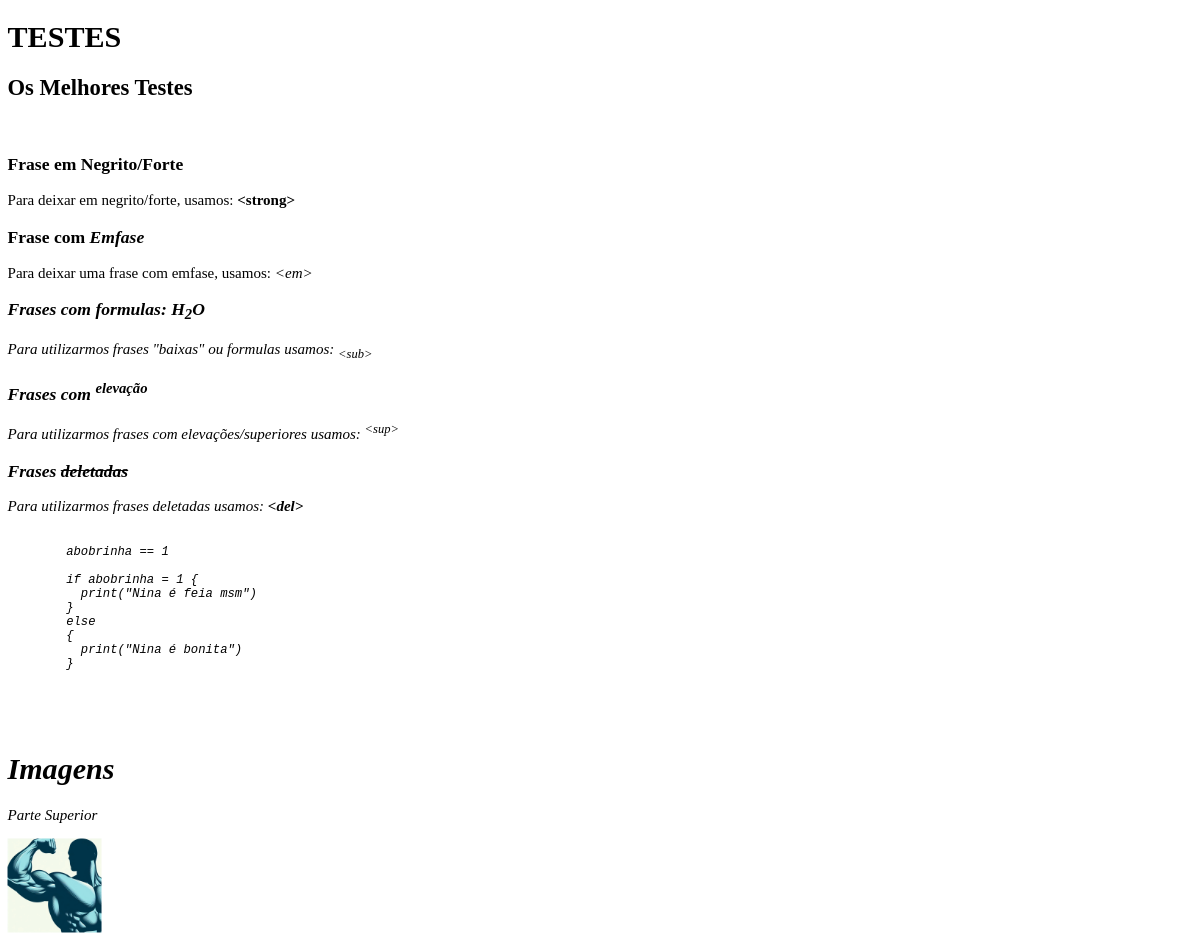
Repository: LuidyOn/Site_Forca_Total
Page: ForçaTotal/teste.html
The author's editor kept a copy of each file at every save. The page is drawn from the files as they stood at one save, then again after a run of saves.
The browser window is 1280 px wide. The pictures show the whole page, at 94% of full size.

Above is the page before, as saved 2025-05-14 19:09:07.

### ForçaTotal/teste.html
<!DOCTYPE html>
<html lang="pt-br">
<head>
  <meta charset="UTF-8">
  <meta name="viewport" content="width=device-width, initial-scale=1.0">
  <link rel="shortcut icon" href="img/icons/logo.ico" type="image/x-icon">
  <title>Testes Força total</title>
</head>
<body>
<h1>TESTES</h1>
  <h2>Os Melhores Testes</h2>

  <p><br></p>

    <h3>Frase em <strong>Negrito/Forte</strong></h3>
    <p>Para deixar em negrito/forte, usamos: <strong>&lt;strong&gt;</strong> </p>

    <h3>Frase com <em>Emfase</em> </h3>
    <p>Para deixar uma frase com emfase, usamos: <em>&lt;em&gt;<em> </p>

    <h3>Frases com formulas: H<sub>2</sub>O </h3>
    <p>Para utilizarmos frases "baixas" ou formulas usamos: <sub>&lt;sub&gt;</sub></p>

    <h3>Frases com <sup>elevação</sup></h3>
    <p>Para utilizarmos frases com elevações/superiores usamos: <sup>&lt;sup&gt;</sup></p>

    <h3>Frases <del>deletadas</del></h3>
    <p>Para utilizarmos frases deletadas usamos: <strong>&lt;del&gt;</strong></p>



    <pre>
      <code>
        abobrinha == 1

        if abobrinha = 1 {
          print("Nina é feia msm")
        }
        else
        {
          print("Nina é bonita")
        }
      </code>
    </pre>

<p><br></p>

<h1>Imagens</h1>
  <p>Parte Superior</p>
<img src="img/parteSerior.png" alt="parte superior" style= "width: 100px; height: 100px;">
</body>
</html>

After the next 4 saves:
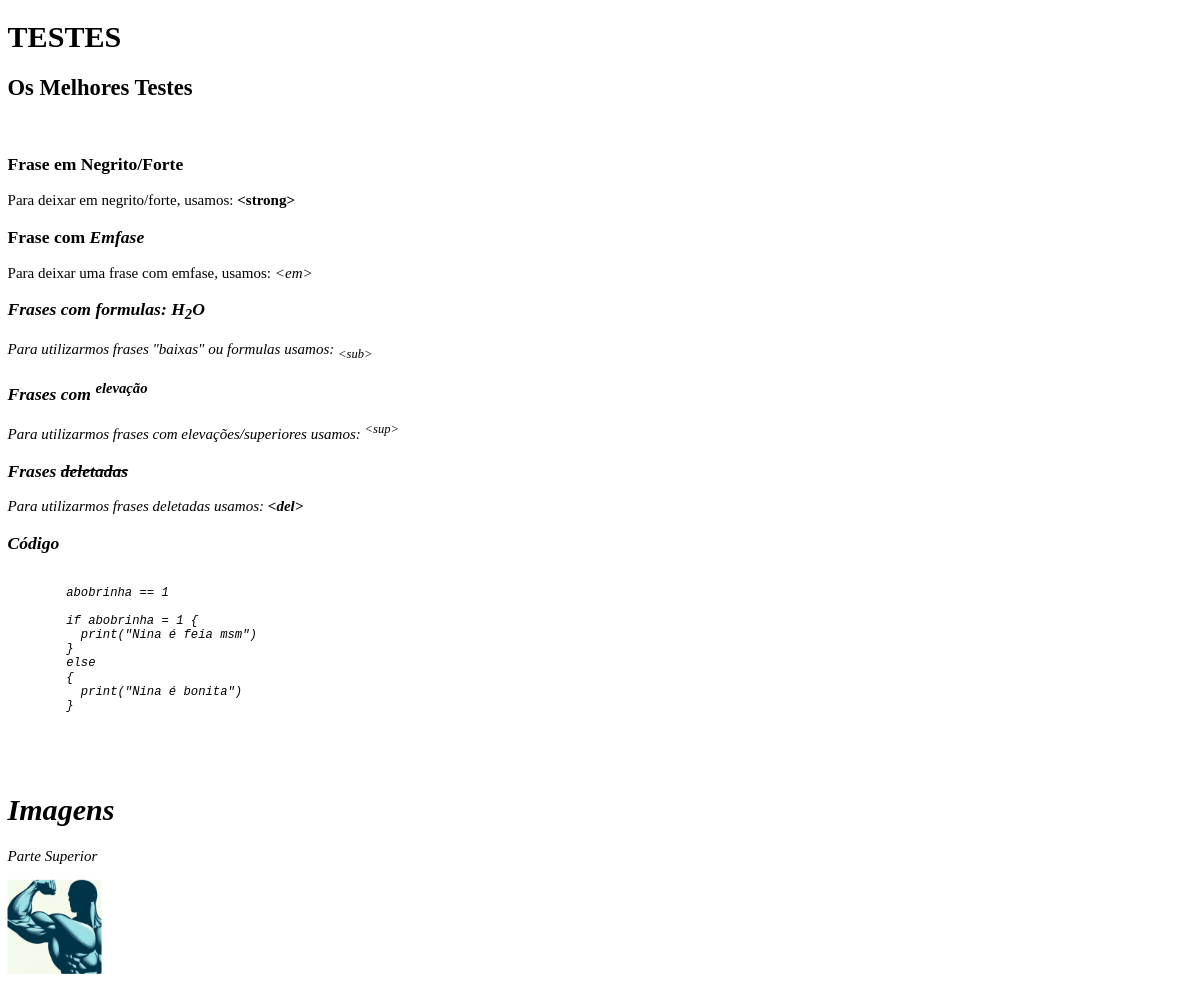
The 4 saves are shown as one change because they came seconds apart.
The last was saved 27 s later.
--- a/ForçaTotal/teste.html
+++ b/ForçaTotal/teste.html
@@ -28,7 +28,7 @@
     <p>Para utilizarmos frases deletadas usamos: <strong>&lt;del&gt;</strong></p>
 
 
-
+    <h3>Código </h3>
     <pre>
       <code>
         abobrinha == 1
